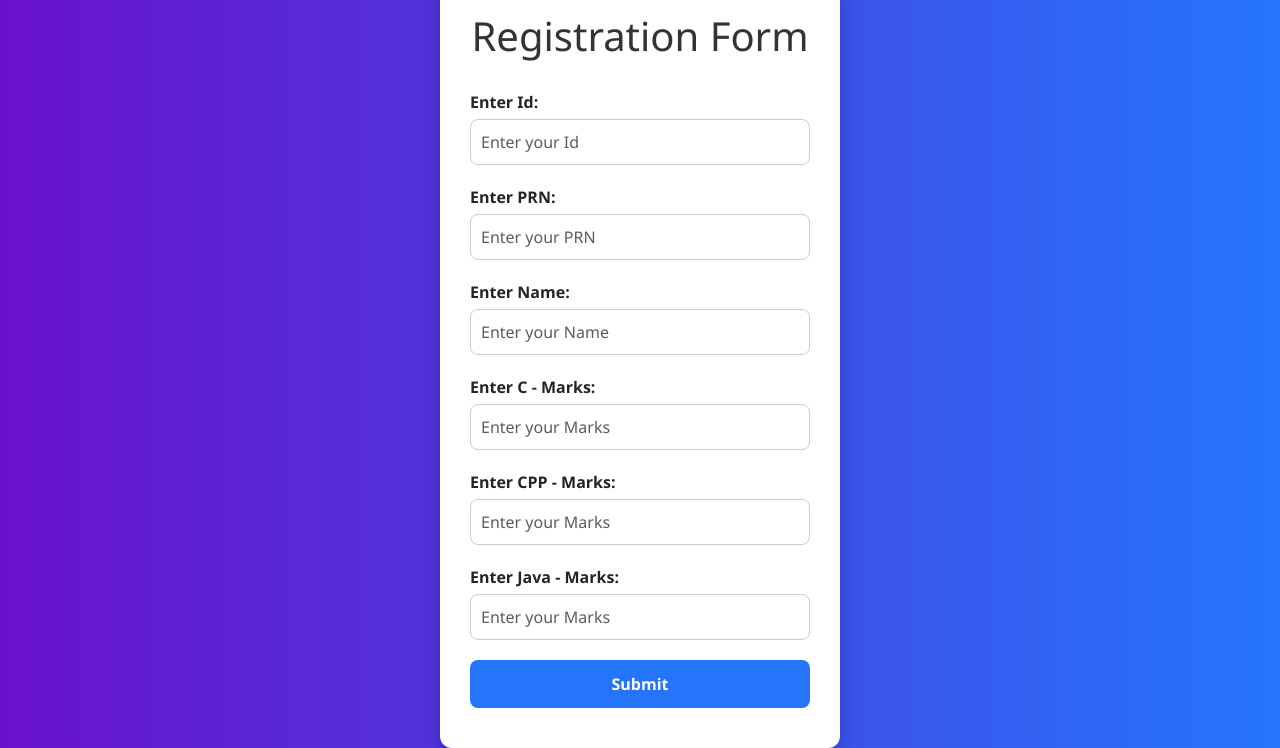
Repository: Mali-Sagar-A/Advance_Web_Java
Page: ResultApp/src/main/webapp/details.html
These files come from the project's save history. The page is drawn as it stood at one moment and after the next save; the edit follows.
The browser window is 1280 px wide. The pictures show the whole page.

Above is the page before, as saved 2025-05-17 10:18:59.

After the next save:
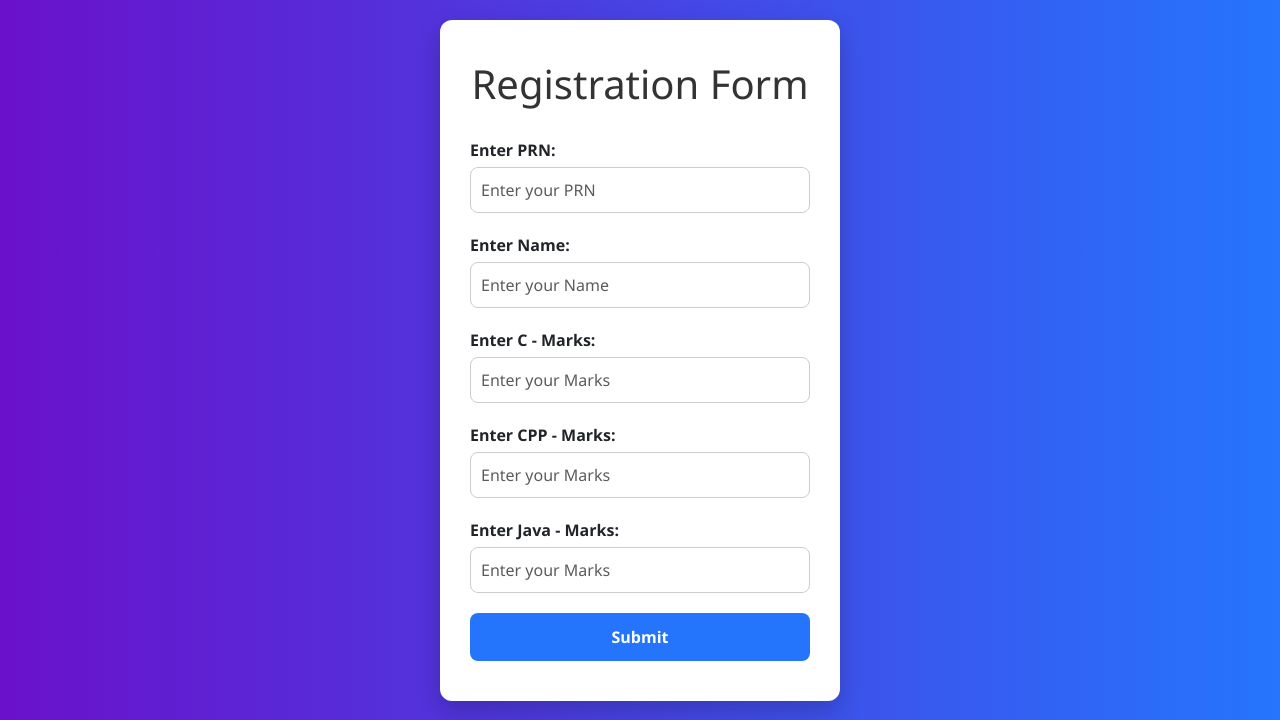
Saved 71 s later.
--- a/ResultApp/src/main/webapp/details.html
+++ b/ResultApp/src/main/webapp/details.html
@@ -100,8 +100,7 @@
     <h1>Registration Form</h1>
     <div id="error" class="error-message"></div>
     <form action="servlet1" method="post" name="regForm" onsubmit="return validateForm()">
-      <label for="textId" class="form-label">Enter Id:</label>
-      <input type="text" name="textId" id="textId" class="form-control" placeholder="Enter your Id" display="none">
+
 
       <label for="textPrn" class="form-label">Enter PRN:</label>
       <input type="text" name="textPrn" id="textPrn" class="form-control" placeholder="Enter your PRN">
